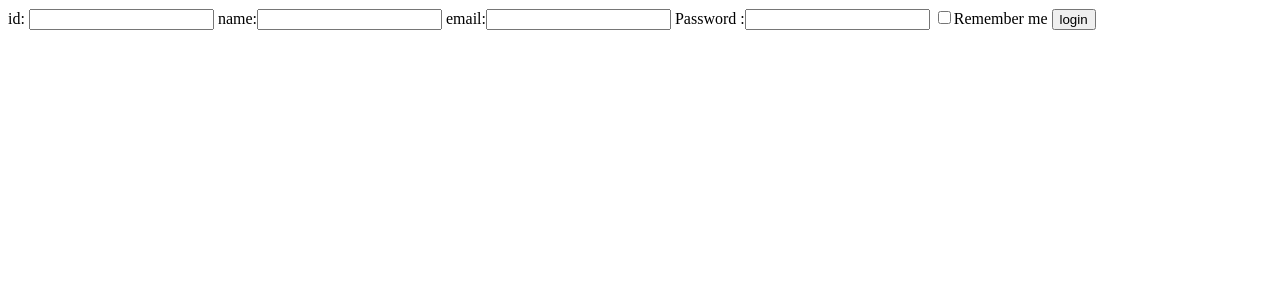
Repository: ashwinibd6697/ust-19sep-ashwinibd
Page: ust-java/empwebapp/WebContent/register.html
An editor plug-in stored every save of this project. The page is shown before and after the next save, followed by the edit.
The browser window is 1280 px wide. The pictures show the whole page.

Above is the page before, as saved 2019-11-15 08:18:49.

After the next save:
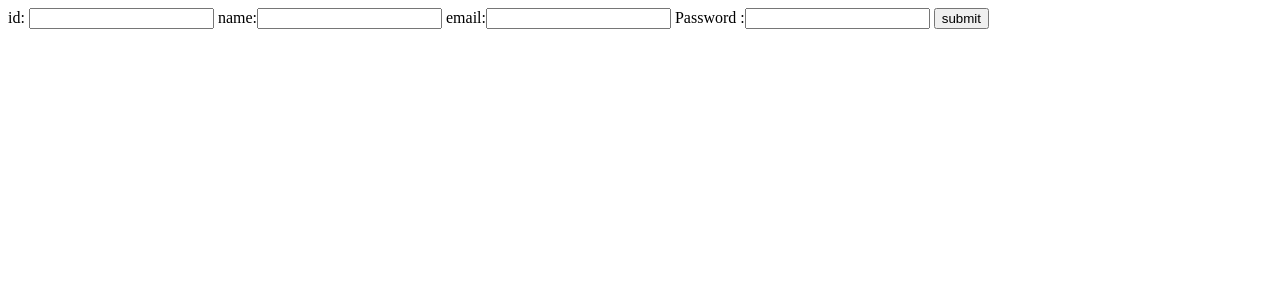
Saved 80 s later.
--- a/ust-java/empwebapp/WebContent/register.html
+++ b/ust-java/empwebapp/WebContent/register.html
@@ -10,8 +10,8 @@
   name:<input name ="name" type="text">
   email:<input name ="email" type="email">
   Password :<input name ="password" type="password">
-    <input type ="checkbox">Remember me
-    <input type ="submit" value ="login">
+
+    <input type ="submit" value ="submit">
     </form>
 
 </body>
